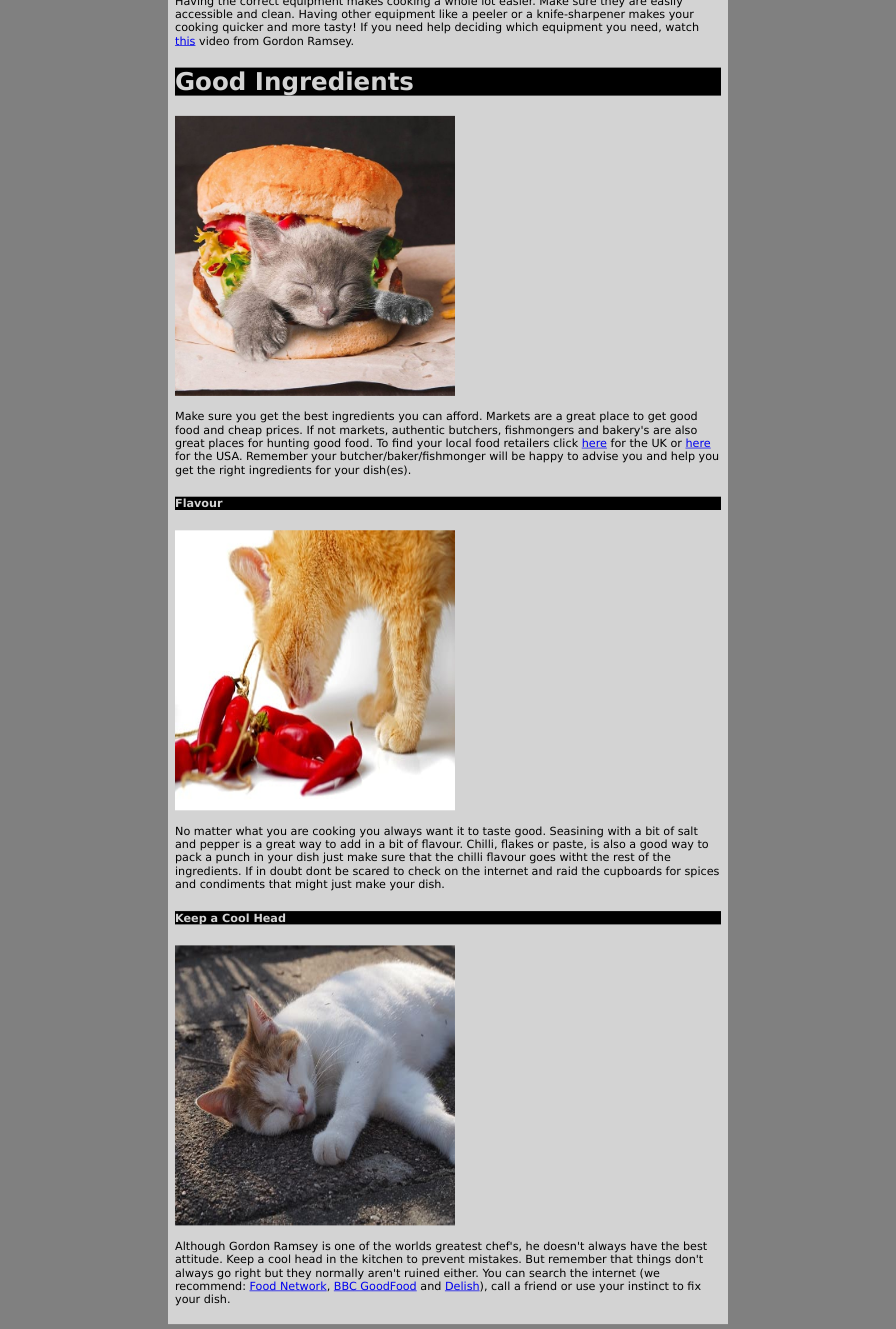
Repository: evamaltby/catsandcooking
Page: index.html
The author's editor kept a record of every edit. The page is drawn from the files as they stood at one moment, then again after the next edit.
The browser window is 1280 px wide. The pictures show the part of the page from y = 902 to 2822 px (the page is 2801 px tall before and 2822 px after), at 70% of full size.

Above is the page before.
Not found: css/normalize.css

### index.html
<!DOCTYPE html>
<html lang="en">
<head>
    <meta charset="utf-B">
    <meta name="keywords" content="cooking tips, begginers cooking, kitchen tips, cats and cooking, cooking tips and tricks, cats">
    <meta name="description" content="Cooking tips to become a better cook. Tips to make your life in the kitchen a whole lot easier">

    <title>Cooking Tips: Cats and Cooking</title>


    <link rel="stylesheet" href="css/normalize.css">
    <link rel="stylesheet" href="css/style.css">

            <!--style

            body {
            background:lightgray;
            color: black;
            }


        <#/style> -->
    </head>

    <body>

    <div style="width:800px; margin:0 auto;">
        <div id="container">






            <h1> Cooking Tips: Cats and Cooking </h1>
            <h2>        </h2>
            <h2>Correct Equipment- pots, pans ect...</h2>
            <img src="Images/catpan.jpg" width="400" height="400" alt="A cat in a pan">
            <p> Having the correct equipment makes cooking a whole lot
            easier. Make sure they are easily accessible and clean.
            Having other equipment like a peeler or a knife-sharpener
            makes your cooking quicker and more tasty! If you need help deciding which
            equipment you need, watch <a href="https://www.youtube.com/watch?v=-av6cz9upO0" target="_blank">this</a> video from Gordon Ramsey.</p>

            <h2>Good Ingredients</h2>
            <img src="Images/burgercat.jpg" width="400" height="400" alt="A cat with food">
            <p> Make sure you get the best ingredients you can afford.
            Markets are a great place to get good food and cheap prices.
            If not markets, authentic butchers, fishmongers and bakery's
            are also great places for hunting good food. To find your local food retailers click <a href="https://www.goodsixty.co.uk/" target="_blank">here</a> for the UK or <a href="https://www.eatwellguide.org/" target="_blank">here</a> for the USA. Remember your


            butcher/baker/fishmonger will be happy to advise you and help
            you get the right ingredients for your dish(es). </p>

            <h2><p style="font-family:verdana">Flavour</h2>
            <img src="Images/spicycat.jpg" width="400" height="400" alt="A cat sniffing chilli">
            <p><p style="font-family:verdana"> No matter what you are cooking you always
            want it to taste good. Seasining with a bit of salt
            and pepper is a great way to add in a bit of flavour.
            Chilli, flakes or paste, is also a good way to pack a
            punch in your dish just make sure that the chilli
            flavour goes witht the rest of the ingredients.
            If in doubt dont be scared to check on the internet
            and raid the cupboards for spices and condiments that
            might just make your dish. </p>

            <h2><p style="font-family:verdana">Keep a Cool Head</h2>
            <img src="Images/relaxcat.jpg" width="400" height="400" alt="Cat feeling relaxed">
            <p><p style="font-family:verdana"> Although Gordon Ramsey
            </a> is one of the worlds greatest
            chef's, he doesn't always have the best attitude. Keep a cool
            head in the kitchen to prevent mistakes. But remember
            that things don't always go right but they normally aren't
            ruined either. You can search the internet (we recommend: <a href="http://www.foodnetwork.co.uk/?utm_source=foodnetwork.com&utm_medium=domestic" target="_blank">Food Network</a>, <a href="https://www.bbcgoodfood.com/recipes" target="_blank">BBC GoodFood</a> and <a href="https://www.delish.com/" target="_blank">Delish</a>), call a friend or
            use your instinct to fix your dish.</p>

            </div>

        </body>
</html>

### css/style.css
body {
    background-position: center;
    background-attachment: fixed;
    -webkit-background-size:cover;
    -moz-background-size: cover;
    -o-background-size:cover;
    background-size:cover;
    background: grey;
}

#container {
    background: lightgrey;
    padding:10px;
}

    h1 {
        font-size:80px;
        font-family:verdana;

    }

    h2 {
        font-size:35px;
        color: lightgrey;
        font-family:verdana;
        background: black;
    }

    p {
        font-size:16px;
        font-family:verdana;
    }

After the next edit:
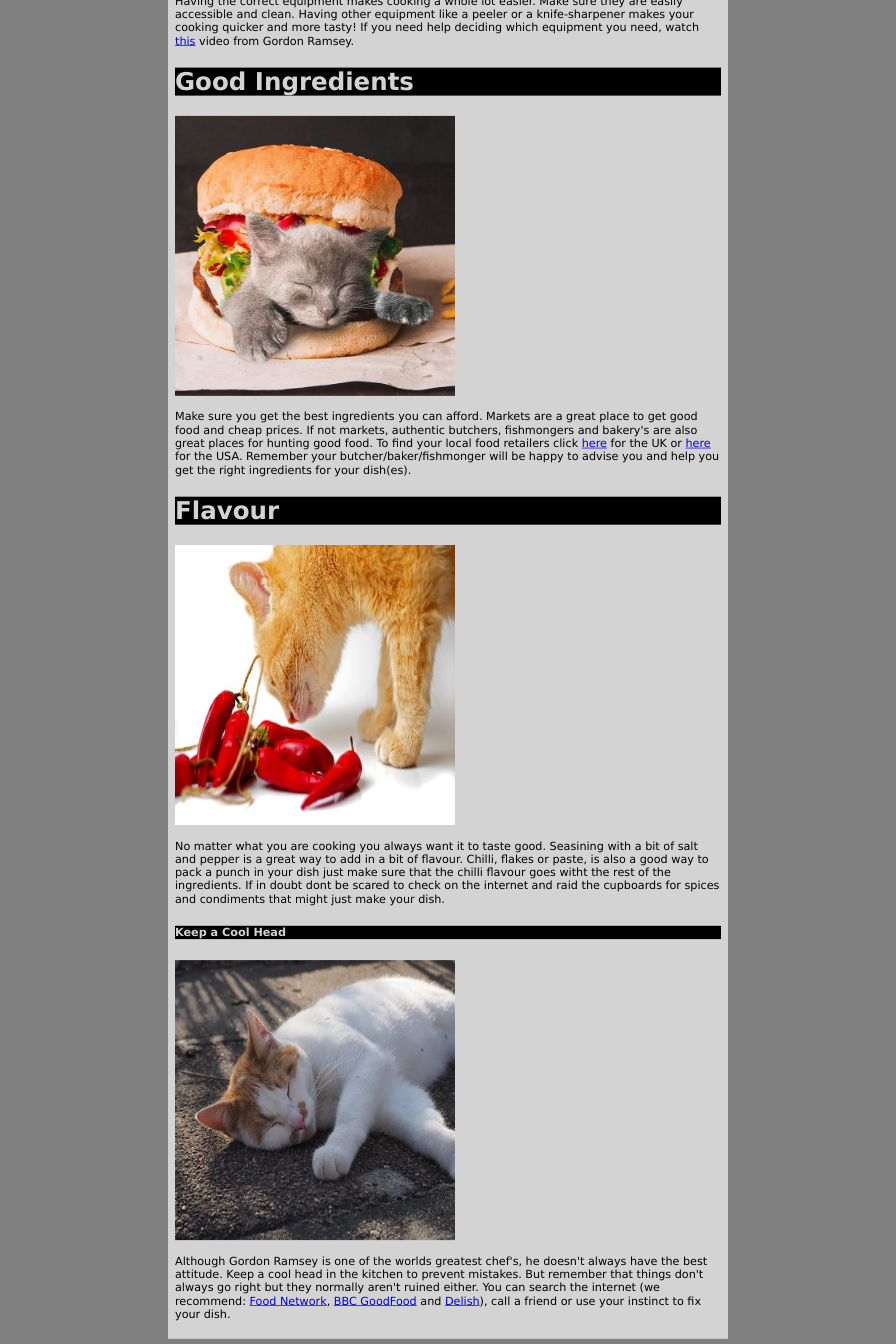
The edit:
--- a/index.html
+++ b/index.html
@@ -53,7 +53,7 @@
             butcher/baker/fishmonger will be happy to advise you and help
             you get the right ingredients for your dish(es). </p>
 
-            <h2><p style="font-family:verdana">Flavour</h2>
+            <h2>Flavour</h2>
             <img src="Images/spicycat.jpg" width="400" height="400" alt="A cat sniffing chilli">
             <p><p style="font-family:verdana"> No matter what you are cooking you always
             want it to taste good. Seasining with a bit of salt
